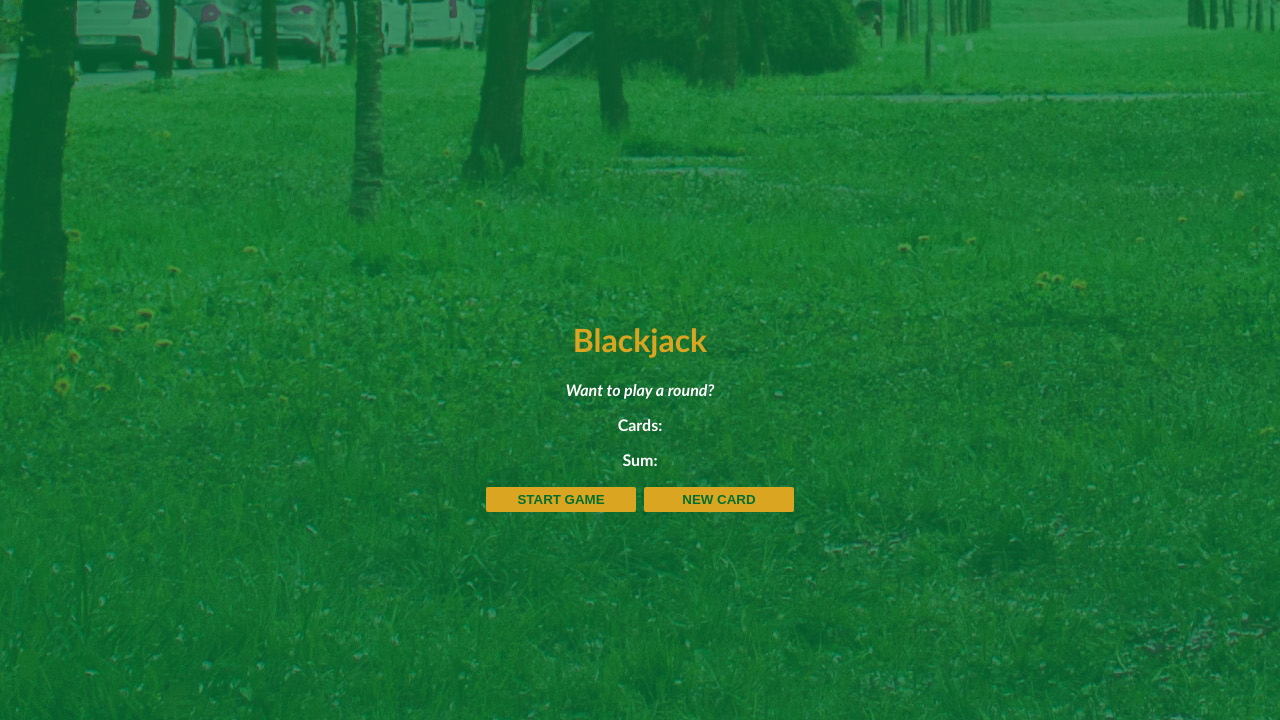
Repository: Samkiroko/black_jack
Page: index.html
An editor plug-in stored every save of this project. The page is shown before and after the next save, followed by the edit.
The browser window is 1280 px wide. The pictures show the whole page.

Above is the page before, as saved 2022-04-30 12:42:16.

### index.html
<!DOCTYPE html>
<html lang="en">

<head>
    <meta charset="UTF-8">
    <meta http-equiv="X-UA-Compatible" content="IE=edge">
    <meta name="viewport" content="width=device-width, initial-scale=1.0">
    <link rel="stylesheet" href="index.css">
    <title>Document</title>
</head>

<body>
    <h1>Blackjack</h1>
    <p id="message-el">Want to play a round?</p>
    <p id="cards-el">Cards:</p>
    <p id="sum-el">Sum:</p>
    <button onclick="startGame()">START GAME</button>
    <button onclick="newCard()">NEW CARD</button>
    <!-- 1. Create a NEW CARD button, make it run newCard() on click -->
    <script src="index.js"></script>

</body>

</html>

### index.css
body {
    font-family: 'Trebuchet MS', 'Lucida Sans Unicode', 'Lucida Grande', Arial, sans-serif;
    background-image: url('img/green.jpg');
    background-size: auto;
    background-repeat: no-repeat;
    font-weight: bold;
    color: white;
    text-align: center;
    display: block;
    margin-left: auto;
    margin-right: auto;
    margin-top: 25%;
}

h1 {
    color: goldenrod;
}

#message-el {
    font-style: italic;
}


/* 3. Make sure that the two buttons have some space between
each other when they are rendered out vertically */

button {
    color: #016f32;
    width: 150px;
    background: goldenrod;
    padding-top: 5px;
    padding-bottom: 5px;
    font-weight: bold;
    border: none;
    border-radius: 2px;
    margin: 2px;
}

### index.js
let firstCard = 10
let secondCard = 4
let sum = firstCard + secondCard
let hasBlackJack = false
let isAlive = true
let message = ''
let messageEl = document.getElementById('message-el')
let sumEl = document.getElementById('sum-el')
let cardsEl = document.getElementById('cards-el')

function startGame() {
  renderGame()
}

function renderGame() {
  cardsEl.textContent = 'Cards: ' + firstCard + ' ' + secondCard
  sumEl.textContent = 'Sum: ' + sum
  if (sum <= 20) {
    message = 'Do you want to draw a new card?'
  } else if (sum === 21) {
    message = "You've got Blackjack!"
    hasBlackJack = true
  } else {
    message = "You're out of the game!"
    isAlive = false
  }
  messageEl.textContent = message
}

// 2. Create a function newCard() that logs out "Drawing a new card from the deck!"

function newCard() {
  console.log('Drawing a new card from the deck')
  let newCard = 7
  sum += newCard
  renderGame()
}

After the next save:
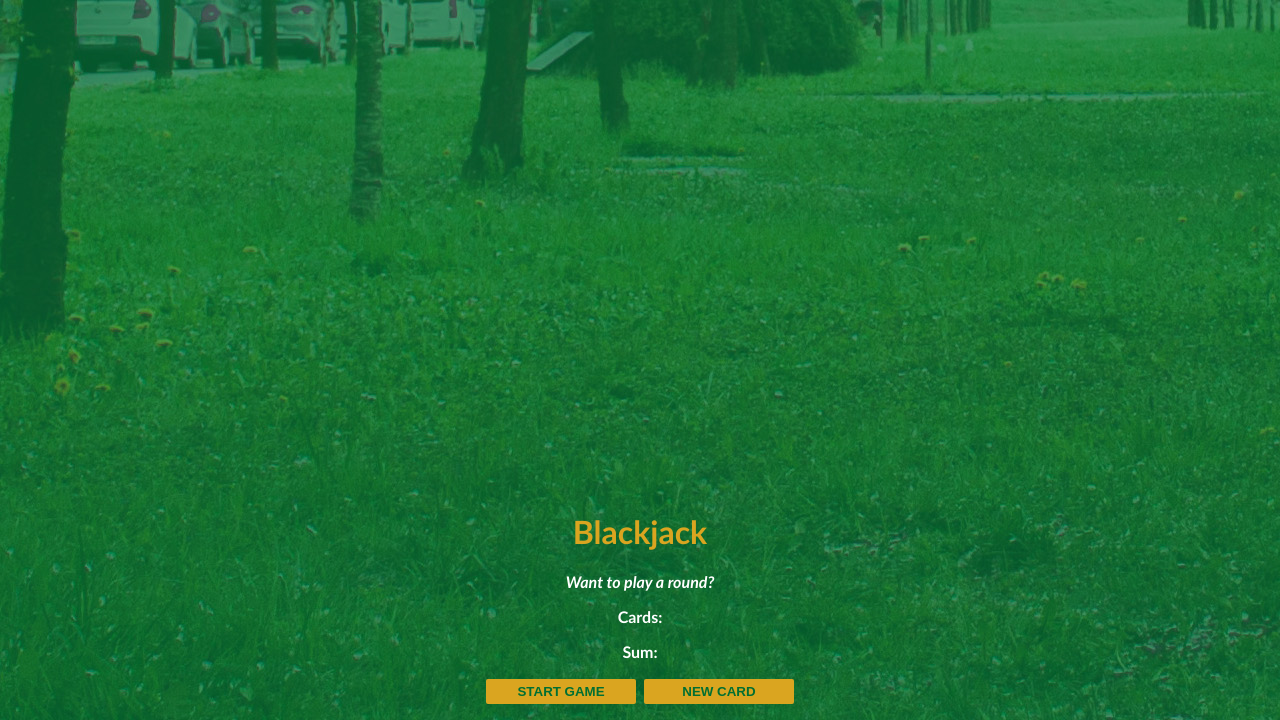
Saved 17 s later.
--- a/index.css
+++ b/index.css
@@ -9,7 +9,7 @@ body {
     display: block;
     margin-left: auto;
     margin-right: auto;
-    margin-top: 25%;
+    margin-top: 40%;
 }
 
 h1 {
